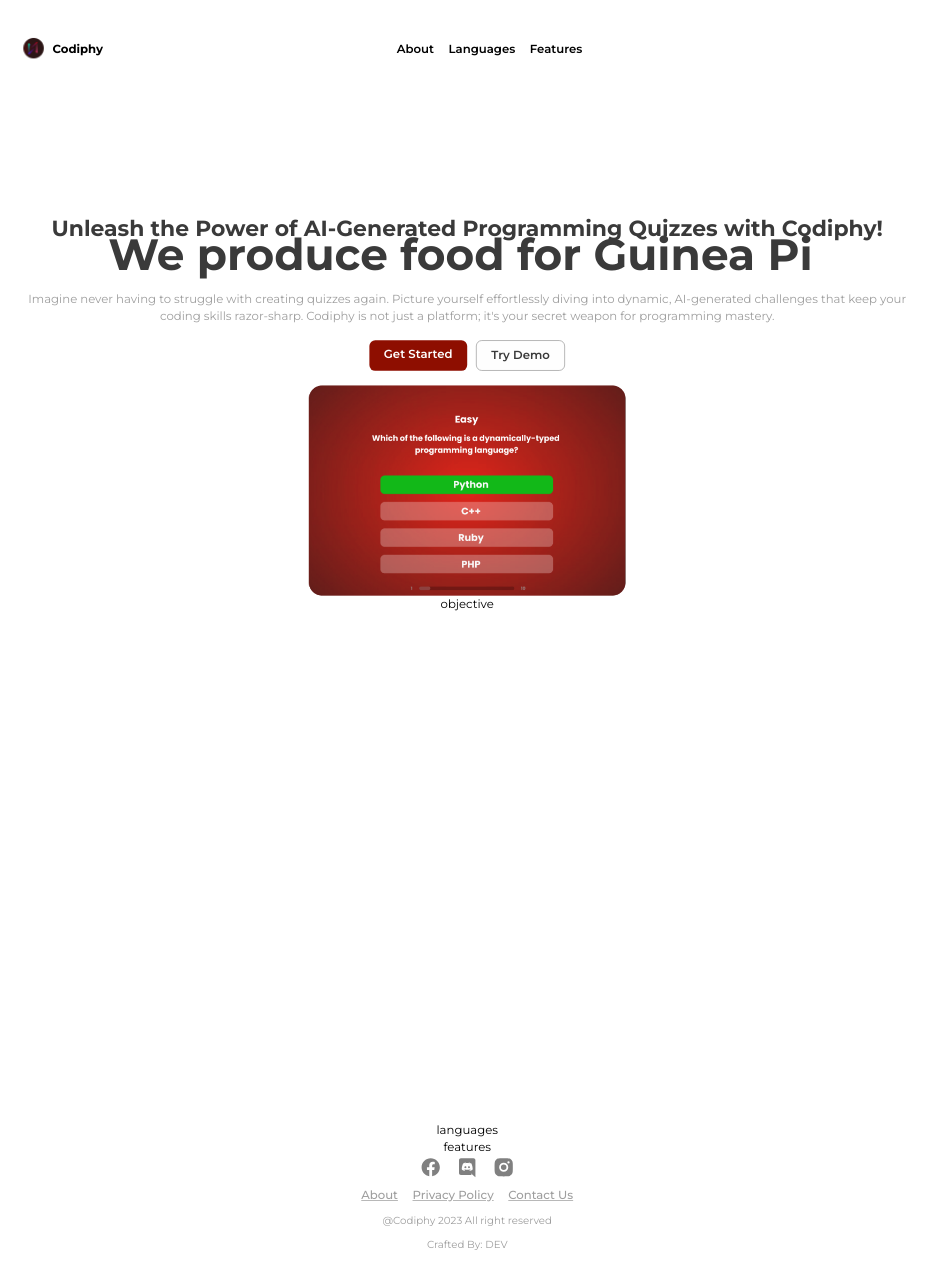
Repository: ddextroo/codiphy
Page: /
These files come from the project's save history. The page is drawn as it stood at one moment and after the next save; the edit follows.
The browser window is 1280 px wide. The pictures show the whole page, at 73% of full size.
The project was rebuilt for these pictures with package versions that can differ from the ones it lists, and the page was loaded fresh each time. Also part of the build but not shown: vite.config.js, src/pages/auth/login.jsx, src/pages/quiz/demo/demo.jsx.

Above is the page before, as saved 2023-12-07 23:45:38.

After the next save:
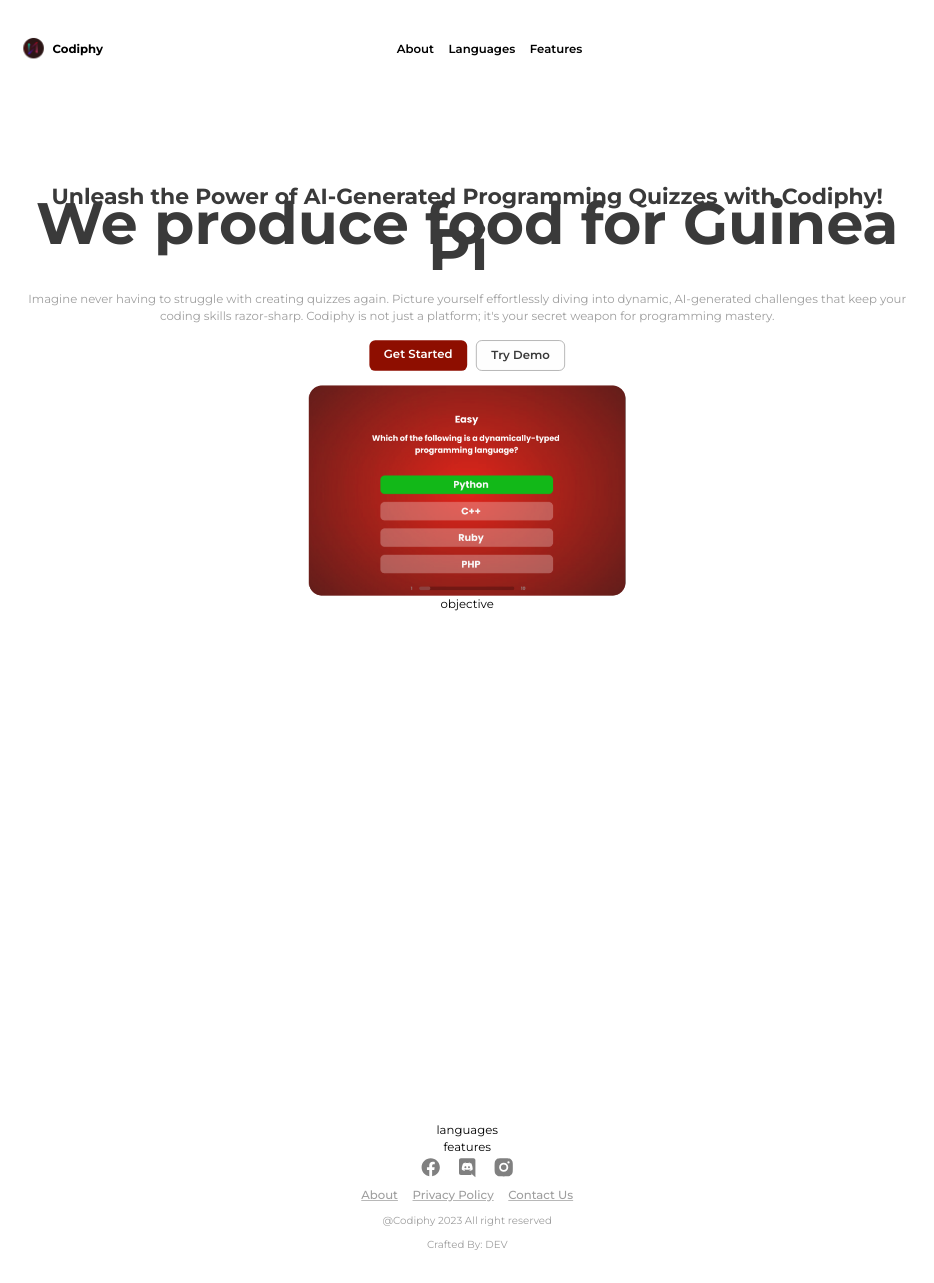
Saved 25 s later.
--- a/src/pages/landing/hero.jsx
+++ b/src/pages/landing/hero.jsx
@@ -24,7 +24,7 @@
             ]}
             wrapper="span"
             speed={50}
-            style={{ fontSize: "2em", display: "inline-block" }}
+            style={{ fontSize: "5rem", display: "inline-block" }}
             repeat={Infinity}
           />
         </div>
